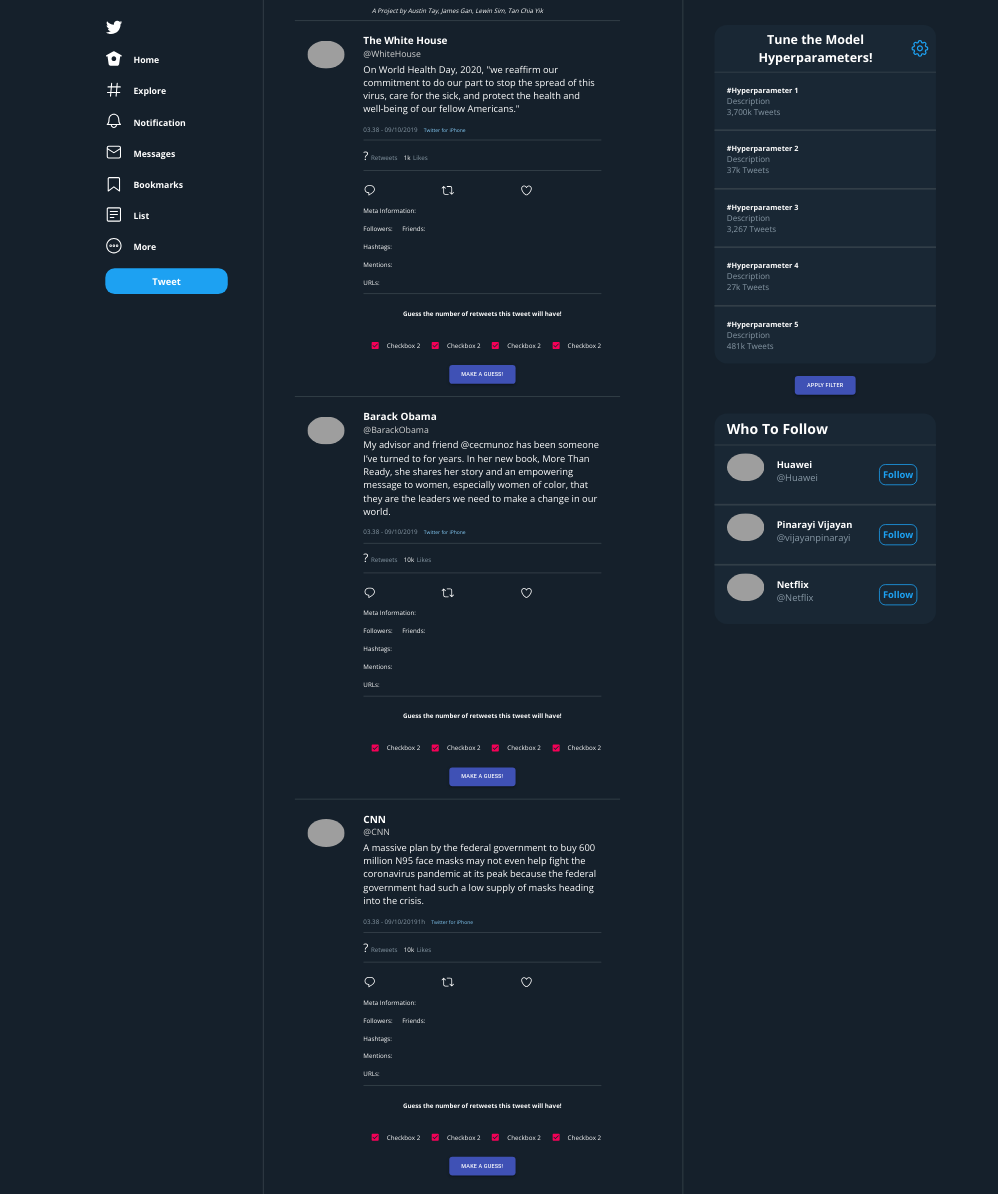
Repository: Dustyik/TwitterAIproj
Page: / (app in FrontEnd/)
These files come from the project's save history. The page is drawn as it stood at one moment and after the next save; the edit follows.
The browser window is 1280 px wide. The pictures show the whole page, at 78% of full size.
Pictures or frames that could not be fetched are drawn as grey boxes. The page's requests for data from a server got no answer. The project was rebuilt for these pictures with package versions that can differ from the ones it lists, and the page was loaded fresh each time. No one was signed in, and anything a server would have sent is missing. Also part of the build but not shown: FrontEnd/src/components/StatusCard.js, FrontEnd/src/pages/Status.js, FrontEnd/src/components/profile/ProfileHead.js, FrontEnd/src/components/profile/ProfileDetails.js, FrontEnd/src/styles/Profile.css, FrontEnd/src/pages/Profile.js.

Above is the page before, as saved 2021-08-08 13:27:53.

### FrontEnd/public/index.html
<!DOCTYPE html>
<html lang="en">

<head>
  <meta charset="utf-8" />
  <link rel="icon" href="%PUBLIC_URL%/favicon.ico" />
  <meta name="viewport" content="width=device-width, initial-scale=1" />
  <meta name="theme-color" content="#000000" />
  <meta name="description" content="Web site created using create-react-app" />
  <link rel="apple-touch-icon" href="%PUBLIC_URL%/logo192.png" />
  <link href="https://fonts.googleapis.com/css2?family=Open+Sans:wght@400;700&display=swap" rel="stylesheet">
  <!--
      manifest.json provides metadata used when your web app is installed on a
      user's mobile device or desktop. See https://developers.google.com/web/fundamentals/web-app-manifest/
    -->
  <link rel="manifest" href="%PUBLIC_URL%/manifest.json" />
  <!--
      Notice the use of %PUBLIC_URL% in the tags above.
      It will be replaced with the URL of the `public` folder during the build.
      Only files inside the `public` folder can be referenced from the HTML.

      Unlike "/favicon.ico" or "favicon.ico", "%PUBLIC_URL%/favicon.ico" will
      work correctly both with client-side routing and a non-root public URL.
      Learn how to configure a non-root public URL by running `npm run build`.
    -->
  <title>React App</title>
</head>

<body>
  <noscript>You need to enable JavaScript to run this app.</noscript>
  <div id="root"></div>
  <!--
      This HTML file is a template.
      If you open it directly in the browser, you will see an empty page.

      You can add webfonts, meta tags, or analytics to this file.
      The build step will place the bundled scripts into the <body> tag.

      To begin the development, run `npm start` or `yarn start`.
      To create a production bundle, use `npm run build` or `yarn build`.
    -->
</body>

</html>

### FrontEnd/src/App.css
:root {
    --body-bg        : rgb(21, 32, 43);
    --sky-blue       : rgba(29, 161, 242, 1.00);
    --light          : rgba(255, 255, 2555);
    --grey           : rgb(136, 153, 166);
    --border         : rgb(56, 68, 77);
    --thick-border   : rgb(37, 51, 65);
    --thick-border   : rgb(37, 51, 65);
    --card-background: rgb(25, 39, 52);
}

body {
    background-color: var(--body-bg);
    font-family     : 'Open Sans', sans-serif;
    padding         : 0;
    margin          : 0;
    color           : var(--light);
}

html {
    font-size: 8px;
}

::-webkit-input-placeholder {
    /* Chrome/Opera/Safari */
    font-size  : 2.5rem;
    color      : #9197a3;
    font-weight: 400;
}

::-moz-placeholder {
    /* Firefox 19+ */
    font-size  : 2.5rem;
    color      : #9197a3;
    font-weight: 400;
}

:-ms-input-placeholder {
    /* IE 10+ */
    font-size  : 2.5rem;
    color      : #9197a3;
    font-weight: 400;
}

:-moz-placeholder {
    /* Firefox 18- */
    font-size  : 2.5rem;
    color      : #9197a3;
    font-weight: 400;
}

.App {
    display              : grid;
    grid-template-columns: 2.5fr 4fr 3fr;
}

.side-nav {
    padding-left: 40%;
    padding-top : 3rem;
}

.side-nav svg {
    fill : var(--light);
    width: 2.75rem;
}

.side-nav svg:hover {
    fill: var(--sky-blue);
}

.side-nav-item {
    padding: 1rem 0;

}

.side-nav .side-nav-item .side-nav-text {
    font-size     : 1.4rem;
    font-weight   : 600;
    color         : var(--light);
    padding-left  : 1.8rem;
    vertical-align: center;
}

.side-nav-item-holder{
    width: rem;
}

.avatar {
    display: inline;
}

.avatar img {
    border-radius: 50%;
}


/* helper classes */
.p-0 {
    padding: 0
}


.pl-0 {
    padding-left: 0
}

.p-1 {
    padding: 1rem;
}

.p-2 {
    padding: 2rem
}

.pr-0 {
    padding-right: 0
}

.pb-1 {
    padding-bottom: 1rem;
}

.m-0 {
    margin: 0
}

.mb-0 {
    margin-bottom: 0;
}

.text-center {
    text-align: center;
}

.w-100 {
    width: 100%;
}

.pl-1 {
    padding-left: 1rem;
}

.pr-1 {
    padding-right: 1rem;
}

ul {
    list-style: none;
}

.flex-align-center {
    display    : flex;
    align-items: center;
}

.flex-space-between {
    display        : flex;
    justify-content: space-between;
}

.inline-block {
    display: inline-block;

}


.btn {
    color      : var(--light);
    font-weight: 700;
    cursor     : pointer;
    border     : none;
    background : transparent;
}

.tweet-btn {
    border-radius   : 1.5rem;
    font-size       : 1.5rem;
    padding         : 1rem;
    background-color: var(--sky-blue);
    width           : 70%;
}

.follow-btn {
    border-radius: 1rem;
    font-size    : 1.5rem;
    padding      : 0.5rem;
    font-weight  : bold;
    color        : var(--sky-blue);
    border       : 1px solid var(--sky-blue);
}

.pointer {
    cursor: pointer;
}

.bold-dull-para {
    font-size: 1.75rem;
    color    : var(--grey);
}

a {
    text-decoration: none;
    color          : inherit;
}

h1 {
    font-size  : 2.25rem;
    font-weight: 700;
    color      : var(--light);
}

h2 {
    font-size  : 2rem;
    font-weight: 700;
    color      : var(--light);
}

input:focus {
    outline: none;
}

### FrontEnd/src/components/trending/Trending.js
import React from 'react';
import '../../styles/Trending.css';
import { SearchIcon } from '../../images/svg/svgs'
import { TrendsList } from './TrendsList';
import { FollowSuggestionsList } from './FollowSuggestionsList';
import { Button } from '@material-ui/core';



export const Trending = () => {
    return (
        <>
            <div>

                <div className="trends-list m-0">

                <TrendsList />

                </div>
                <div
                style = {{
                    marginTop:"2rem",
                    display: "flex",
                    justifyContent: "center",
                    alignItems: "center"
                }}
            >


            <Button
                variant="contained" color="primary">
                Apply Filter
            </Button>
            </div>

                <div className="follow-list">
                    <FollowSuggestionsList />
                </div>


            </div>
        </>
    )
}

### FrontEnd/src/utils/ScrollToTop.js
import React, { useEffect, Fragment } from 'react';
import { withRouter } from 'react-router-dom';

function ScrollToTop({ history, children }) {
    useEffect(() => {
        const unlisten = history.listen(() => {
            window.scrollTo(0, 0);
        });
        return () => {
            unlisten();
        }
    }, []);

    return <Fragment>{children}</Fragment>;
}

export default withRouter(ScrollToTop);

### FrontEnd/src/images/avatars.js
import React from 'react'

export const SmallAvatar = ({ width, image }) => {
    return (
        <div className="avatar">
            <img width={width} src={image} alt="avatar" />
        </div>
    )
}

### FrontEnd/src/apifunctions.js
import axios from 'axios';

export const getTweets = () => {
    return axios.get("http://localhost:5000/getTweets")
}

export const applySearchFilters = (data, title, id) => {
    return axios.post("http://localhost:5000/applySearchModels", {
            data: data,
            queryTitle: title,
            articleId: id

        }
    )
}

### FrontEnd/src/styles/Main.css
/* main styles */
.main {
    border-left : 1px solid var(--border);
    border-right: 1px solid var(--border);
    ;
}

.home {
    padding-left : 2.5rem;
    border-bottom: 1px solid var(--border);
}

.new-tweet {
    padding              : 1rem;
    display              : grid;
    grid-template-columns: 1fr 9fr;
    border-bottom        : 1rem solid var(--thick-border);
}

.new-tweet .left,
.right {
    padding: 0 1rem;
}

.new-tweet input {
    padding    : 2rem 0;
    background : transparent;
    border     : none;
    color      : var(--light);
    font-size  : 2rem;
    font-weight: 700;
}

.new-tweet-options {
    padding-right  : 1rem;
    display        : flex;
    justify-content: space-between;
    align-items    : center;
}

.new-tweet .add-icons {
    margin-right: 1rem;
}

.new-tweet .add-icons svg {
    width  : 3rem;
    fill   : var(--sky-blue);
    padding: 1rem;
}

.new-tweet .add-icons svg:first-child {
    padding-left: 0;
}

### FrontEnd/src/components/TweetList.js
import React, { useContext } from 'react'
import TweetCard from './TweetCard'
import { GlobalContext } from '../context/GlobalState'

export const TweetList = () => {
    const { tweets } = useContext(GlobalContext);
    return (
        <>
            {tweets.map((tweet, index) => (<TweetCard key={index} tweet={tweet}/>))}
        </>
    )
}

### FrontEnd/src/styles/Trending.css
.trending {
    padding: 1rem 10rem 1rem 5rem;
}

.trending .search-box {
    width     : 100%;
    background: transparent;

    background-color: var(--thick-border);
    border-radius   : 5rem;
    border          : none;
}

.trending .search-box svg {
    width       : 3rem;
    fill        : var(--grey);
    padding-left: 1rem;

}

.trending .search-box input {
    padding   : 1.5rem;
    font-size : 2rem;
    width     : 100%;
    background: transparent;
    border    : none;
    color     : var(--light);
}

.trends-list {
    background-color: var(--card-background);
    border-radius   : 2rem;
    margin-top      : 3rem;
}

.trends-list h1 {
    padding: 1rem 2rem;

}

.trends-for-you {
    padding: 1rem;
    text-align: center;
    vertical-align: middle;
}

.trends-for-you svg {
    width: 3.5rem;
    fill : var(--sky-blue);
}

.trends-card {
    border-top   : 1px solid var(--border);
    border-bottom: 1px solid var(--border);
    padding      : 2rem;
}

.trends :last-child {
    border-bottom: none;
}

.trends-topic {
    font-size: 1.3rem;
    color    : var(--grey);
}

.trend-tweet-count {
    font-size: 1.3rem;
    color    : var(--grey);
}



.trending ::-webkit-input-placeholder {
    /* Chrome/Opera/Safari */
    font-size  : 2rem;
    color      : #9197a3;
    font-weight: 400;
}

.trending ::-moz-placeholder {
    /* Firefox 19+ */
    font-size  : 2rem;
    color      : #9197a3;
    font-weight: 400;
}

.trending :-ms-input-placeholder {
    /* IE 10+ */
    font-size  : 2rem;
    color      : #9197a3;
    font-weight: 400;
}

.trending :-moz-placeholder {
    /* Firefox 18- */
    font-size  : 2rem;
    color      : #9197a3;
    font-weight: 400;
}

### FrontEnd/src/components/TweetCard.js
import React, { Component, useContext } from 'react';
import '../styles/TweetCard.css';
import { SmallAvatar } from '../images/avatars'
import { TweetCommentIcon, TweetRetweetIcon, TweetLikeIcon, TweetSendIcon } from '../images/svg/svgs';
import { Link } from 'react-router-dom';
import {Button, Checkbox} from "@material-ui/core";
import { GlobalContext } from '../context/GlobalState'


const TweetCard = (props) => {
    const tweet = props.tweet;
    const profImageurl = 'https://pbs.twimg.com/profile_images/1247964769669136385/KVCROk2D_bigger.jpg';

    const handleRouting = (e) => {
        // e.preventDefault();
        // debugger
        // this.props.history.push('data')
    }

    const { toggleModal} = useContext(GlobalContext);

    const tweetCardButtonClicked = () => {
        toggleModal()
    }

    const createCheckBoxes = () => {
        let checkBoxesArray = []

        for(let i = 0; i < 4; i ++){
            const e = (
                <div className="tweet-checkbox">
                    <Checkbox
                        checked={true}
                        onChange={() => {}}
                        inputProps={{ 'aria-label': 'primary checkbox' }}
                    />
                    <span>
                        Checkbox 2
                    </span>
                </div>
            )
            checkBoxesArray.push(e)
        }

        return checkBoxesArray
    }


    return (
        <div className="tweet-card">
            <div className="left">
                <SmallAvatar width="48" image={tweet.user.image} />
            </div>
            <div className="right">
                <div className="tweet-card-head">
                    <span className="tweet-card-name" >{tweet.user.name}</span>
                </div>
                <span className="tweet-card-handle">{tweet.user.handle}</span>

                <div className="tweet-card-body">
                <div className="tweet-card-content">
                    <p className="m-0">{tweet.tweet.content}</p>
                </div>

                <span className="tweet-card-time">
                    03.38 - 09/10/2019{tweet.tweet.time}
                    <span className="tweet-card-shotoniphone">
                        Twitter for iPhone
                    </span>
                </span>

                <div className="tweet-middle-border"/>
                <span className="tweet-retweets-likes-number"
                style = {{
                    fontSize:15,
                    marginLeft:0}}>
                    ?
                </span>
                <span className="tweet-retweets-likes">
                    Retweets
                </span>
                <span className="tweet-retweets-likes-number">
                    {tweet.tweet.likes}
                </span>


                <span className="tweet-retweets-likes">
                        Likes
                </span>

                <div className="tweet-middle-border"/>





                <div className="tweet-card-footer">
                    <span className="flex-align-center"><TweetCommentIcon /> <span className="tweet-cars-icon"></span></span>
                    <span className="flex-align-center"><TweetRetweetIcon /><span className="tweet-cars-icon"></span></span>
                    <span className="flex-align-center"><TweetLikeIcon /><span className="tweet-cars-icon"></span></span>
                    { /*<span className="flex-align-center"><TweetSendIcon /></span> */}
                    </div>
                </div>
                <div>
                    <div className="tweet-meta-information">
                        <span>Meta Information:</span>
                    </div>
                    <div className="tweet-meta-information">
                        <span
                        className="tweet-meta-information-inner"
                        >Followers: {tweet.followers}</span>

                        <span className="tweet-meta-information-inner" style = {{marginLeft:10}}>Friends: {tweet.friends}</span>
                    </div>
                    <div className="tweet-meta-information">
                        <span className="tweet-meta-information-inner" >Hashtags: {tweet.hashtags}</span>
                    </div>
                    <div className="tweet-meta-information">
                        <span className="tweet-meta-information-inner" >Mentions: {tweet.mentions}</span>
                    </div>
                    <div className="tweet-meta-information">
                        <span className="tweet-meta-information-inner" >URLs: {tweet.urls}</span>
                    </div>

                </div>
                <div className="tweet-middle-border"/>
                <div style = {{display:"flex", justifyContent:"center"}}>
                    <h4>
                    Guess the number of retweets this tweet will have!
                    </h4>

                </div>
                <div style = {{display:"flex", flexDirection:"row", marginTop:10, justifyContent:"space-between", }}>
                    {createCheckBoxes()}
                </div>

                <div style = {{display:"flex", justifyContent:"center", marginTop:10}}>
                <Button
                    onClick = {tweetCardButtonClicked}
                    variant="contained" color="primary">
                    Make a guess!
                </Button>
                </div>
            </div>
        </div>
    )

}

export default TweetCard

### FrontEnd/src/components/trending/Trend.js
import React from 'react'

export const Trend = ({ trend }) => {
    return (
        <div className="trends-card">
            <h3 className="m-0">{trend.name}</h3>
            <p className="trends-topic m-0">{trend.topic}</p>
            <p className="trend-tweet-count m-0">{trend.tweets} Tweets</p>
        </div>
    )
}

### FrontEnd/src/components/trending/FollowSuggestionCard.js
import React from 'react';
import { SmallAvatar } from '../../images/avatars';

export const FollowSuggestionCard = ({ whoToFollow }) => {
    return (
        // <div className="follow-card">
        //     <p className="trends-topic m-0">{follow.topic}</p>
        //     <h2 className="m-0">{follow.name}</h2>
        //     <p className="trend-tweet-count m-0">{follow.tweets}</p>
        // </div>
        <div className="who-to-follow">
            <div className="left" style = {{marginTop:2}}>
                <SmallAvatar width="48" image={whoToFollow.image} />
            </div>
            <div className="middle">
                <span className="follow-card-name">{whoToFollow.name}</span>
                <span className="follow-card-handle">{whoToFollow.handle}</span>
            </div>
            <div className="right">
                <div className="btn follow-btn text-center">
                    Follow
                </div>
            </div>
        </div>
    )
}

### FrontEnd/src/styles/FollowList.css
.follow-list {
    background-color: var(--card-background);
    border-radius   : 2rem;
    margin-top      : 3rem;
}

.follow-list h1 {
    padding: 1rem 2rem;
}

.who-to-follow:last-child {
    border-bottom: none;
}

.who-to-follow {
    display              : grid;
    grid-gap             : 1rem;
    padding              : 1rem 2rem;
    grid-template-columns: 1fr 3fr 2fr;
    border-top           : 1px solid var(--border);
    border-bottom        : 1px solid var(--border);
    padding              : 1rem;
}

.who-to-follow .middle {
    display       : flex;
    flex-direction: column;
}

.who-to-follow .middle .follow-card-name {
    font-size    : 1.5rem;
    font-weight  : 700;
    padding-top: 1rem;
    padding-right: 1rem;
}

.who-to-follow .middle .follow-card-handle {
    font-size: 1.5rem;
    color    : var(--grey);
}

### FrontEnd/src/styles/StatusCard.css

.status-card {
    /* padding              : 1rem;
    display                 : grid;
    grid-template-columns   : 1fr 9fr; */
    border-bottom           : 0.5px solid var(--border);
    border-top              : 0.5px solid var(--border);

}

.status-card .left,
.right {
    padding: 2rem;
}

.status-card .left {
    display    : flex;
    align-items: center;

}

.status-card .right {
    padding-top: 0;
}

.status-card .status-card-name {
    font-size    : 2rem;
    font-weight  : 700;
    padding-right: 1rem;
}

.status-card .status-card-handle,
.status-card-time {
    font-size: 1.5rem;
    color    : var(--grey);
}

.status-card .status-card-body .status-card-content p {
    font-size : 2.5rem;
    margin-top: .5rem;
}

.status-card .status-card-body .status-card-image {
    margin-top: 2rem;
}

.status-card .status-card-body .status-card-image img {
    width        : 100%;
    border-radius: 20px;
}

.status-card .status-card-footer {
    padding-right: 10rem;
    display      : flex;

    justify-content: space-around;
    padding-top    : 1rem;
    width          : 100%;
}

.status-card .status-card-footer svg {
    fill : var(--grey);
    width: 2.5rem;
}

.status-card .status-card-footer .tweet-cars-icon {
    line-height : 2;
    font-size   : 1.5rem;
    color       : var(--grey);
    padding-left: 1rem;
}

.status {
    display    : flex;
    align-items: center;
    padding    : 0 2rem;
    display    : flex;
    align-items: center;
}

.status h1 {
    display     : inline-block;
    padding-left: 1rem;
}

.status svg {
    width: 4rem;
    fill : var(--sky-blue);
}

### FrontEnd/src/styles/TweetCard.css


.tweet-card {
    padding              : 1rem;
    display              : grid;
    grid-template-columns: 1fr 9fr;
    border-top           : 0.5px solid var(--border);

}
.tweet-middle-border {
    margin-top              : 1.1rem;
    margin-bottom             : 1.1rem;
    border-top           : 0.1rem solid var(--border);
}

.left{
    padding: 0 1rem;
    margin-top: 25px;
}

.tweet-checkbox{
    display: flex;
    flex-direction: row;
    justify-content: center;
    align-items: center;
}

.tweet-card-shotoniphone{
    margin-left: 1rem;
    font-size: 0.8rem;
    color    : lightskyblue;
}

.tweet-card-time{
    display:inline-block;
    padding-top: 1.5rem;
    font-size: 1rem;
    color    : var(--grey);
}

.tweet-meta-information{
    padding-top: 1.5rem;

}

.tweet-meta-information-inner{
    font-style:"italic",

}

.tweet-retweets-likes {
    margin-left: 0.4rem;
    display:inline-block;
    font-size: 1rem;
    color    : var(--grey);
}

.tweet-retweets-likes-number {
    margin-left: 1rem;
    display:inline-block;
    font-size: rem;
    color    : var(white);
}

.tweet-card, .right {
    padding: 0 1rem;
    margin-top: px;
}

.tweet-card .tweet-card-head .tweet-card-name {
    font-size    : 1.6rem;
    padding-right: 1rem;
    font-weight: bold;
}

.tweet-card .tweet-card-head .tweet-card-name:hover {
    text-decoration: underline;
}

.tweet-card-handle {
    font-size    : 1.4rem;
    padding-right: 1rem;
    font-weight: lighter;
    color: lightgray;
}

.tweet-card .tweet-card-body .tweet-card-content p {
    font-size : 1.5rem;
    margin-top: .5rem;
}

.tweet-card .tweet-card-body .tweet-card-image {
    margin-top: 2rem;
}

.tweet-card .tweet-card-body .tweet-card-image img {
    width        : 100%;
    border-radius: 20px;
}

.tweet-card .tweet-card-footer {
    padding-right  : 10rem;
    display        : flex;
    justify-content: space-between;
    padding-top    : 1rem;
}

.tweet-card .tweet-card-footer svg {
    fill : white;
    width: 2rem;
}

.tweet-card .tweet-card-footer .tweet-cars-icon {
    line-height : 2;
    font-size   : 1.5REM;
    color       : var(--grey);
    padding-left: 1rem;
}

Loaded but not shown: FrontEnd/src/index.js (common file); FrontEnd/src/images/svg/svgs.js (66 lines, source omitted); FrontEnd/src/components/Sidebar.js (142 lines, source omitted); FrontEnd/src/pages/Home.js (127 lines, source omitted); FrontEnd/src/context/GlobalState.js (128 lines, source omitted); FrontEnd/src/context/AppReducer.js (61 lines, source omitted); FrontEnd/src/components/trending/TrendsList.js (42 lines, source omitted); FrontEnd/src/App.js (44 lines, source omitted); FrontEnd/src/components/trending/FollowSuggestionsList.js (36 lines, source omitted)

After the next save:
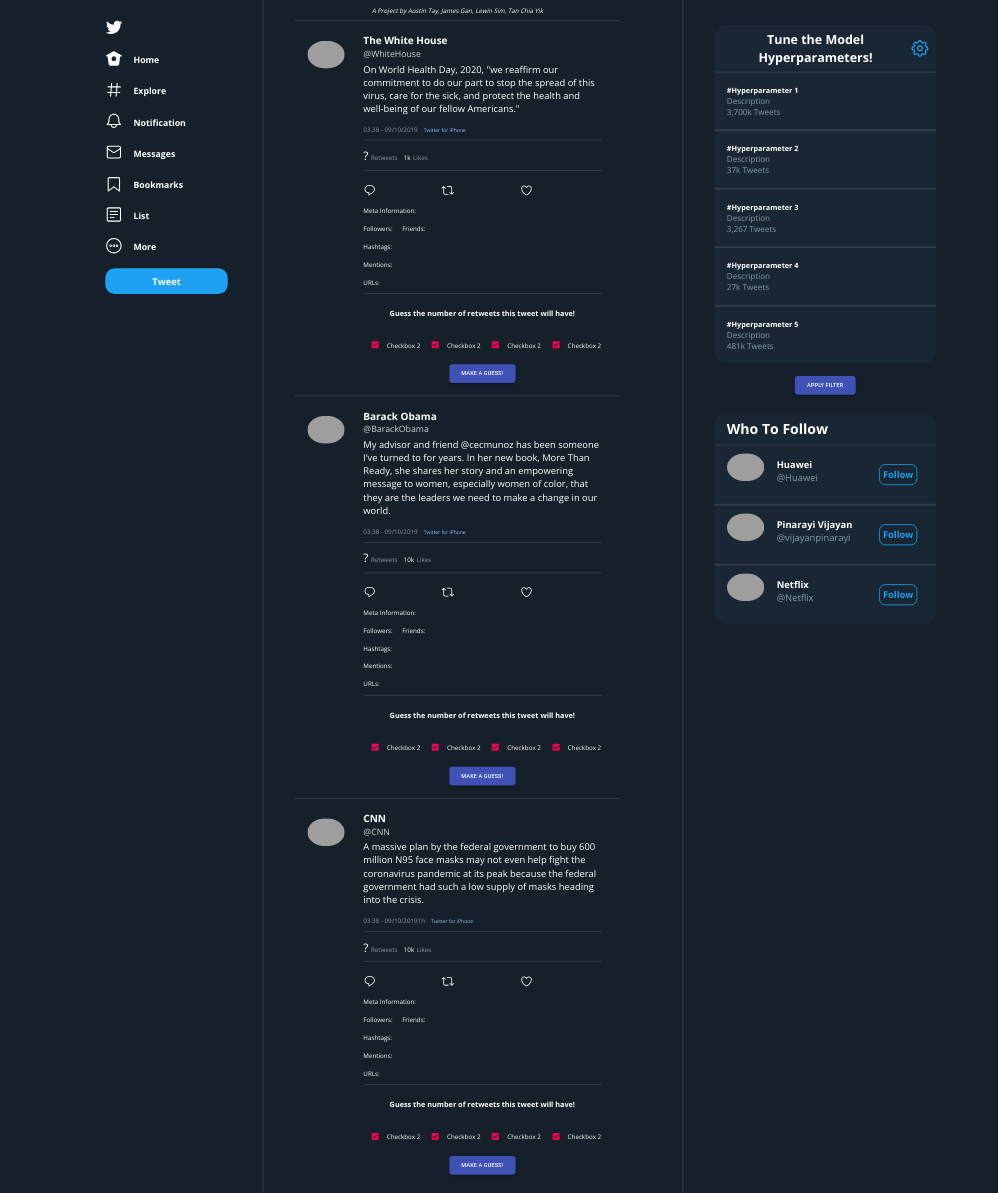
Saved 6 min 18 s later.
--- a/FrontEnd/src/components/TweetCard.js
+++ b/FrontEnd/src/components/TweetCard.js
@@ -125,9 +125,9 @@
                 </div>
                 <div className="tweet-middle-border"/>
                 <div style = {{display:"flex", justifyContent:"center"}}>
-                    <h4>
+                    <h3>
                     Guess the number of retweets this tweet will have!
-                    </h4>
+                    </h3>
 
                 </div>
                 <div style = {{display:"flex", flexDirection:"row", marginTop:10, justifyContent:"space-between", }}>
